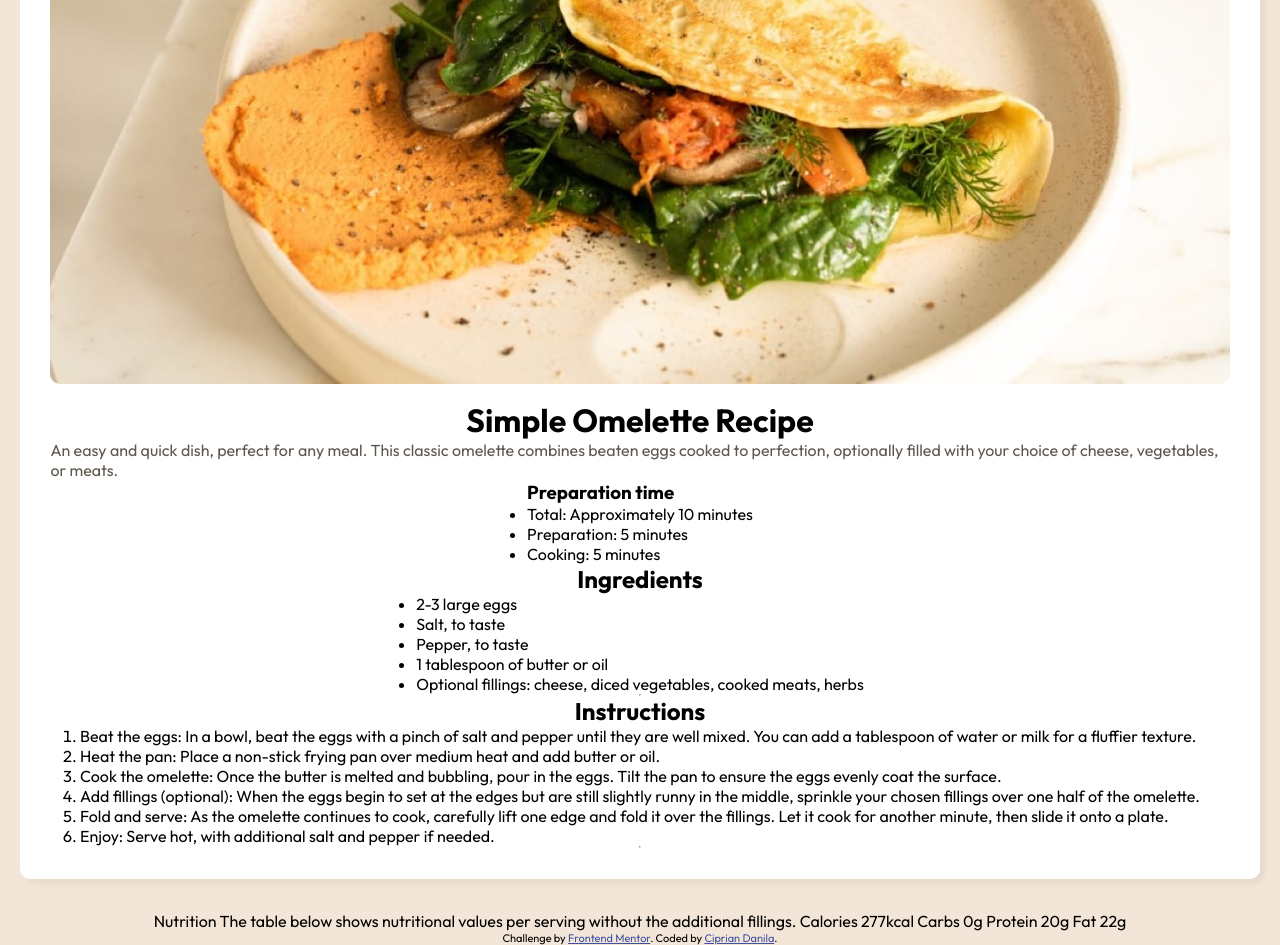
Repository: cipdanila/recipe-page
Page: index.html
These files come from the project's save history. The page is drawn as it stood at one moment and after the next save; the edit follows.
The browser window is 1280 px wide. The pictures show the whole page.

Above is the page before, as saved 2024-01-21 15:52:24.

After the next save:
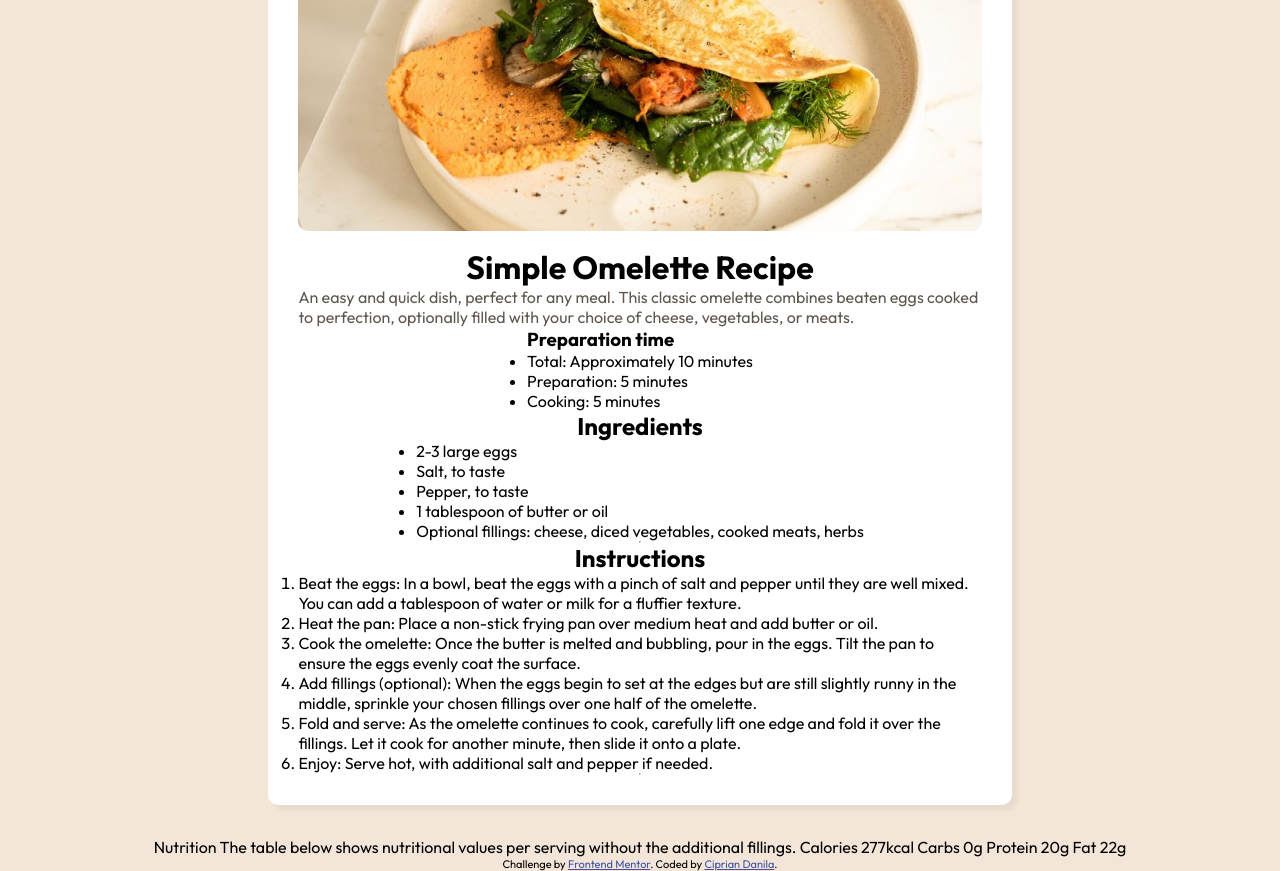
Saved 20 s later.
--- a/styles.css
+++ b/styles.css
@@ -31,6 +31,10 @@
     margin: 1.25rem;
 }
 
+main {
+    width: 60%;
+    padding: auto;
+}
 
 img {
     max-width: 100%;
